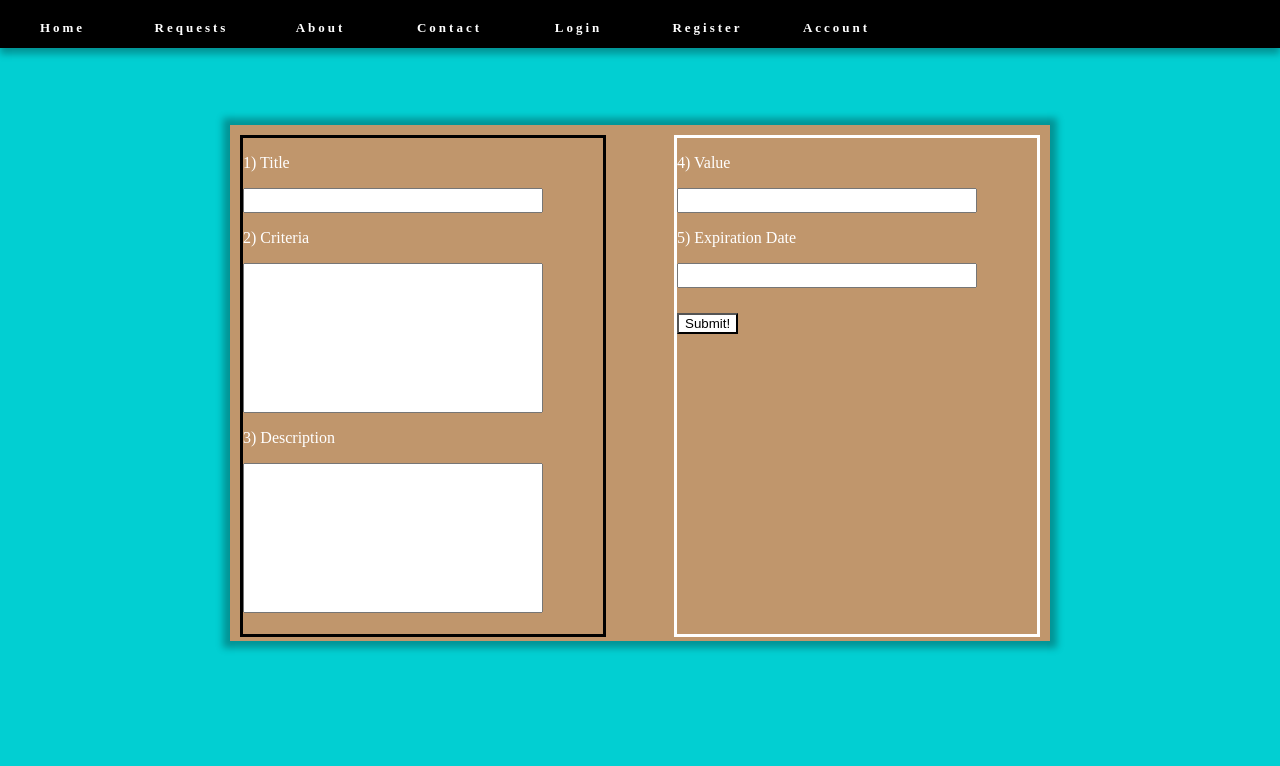
Repository: mailog/Tomorrow
Page: http://localhost/requests
These files come from the project's save history. The page is drawn as it stood at one moment and after the next save; the edit follows.
The browser window is 1280 px wide. The pictures show the whole page.
The page is this project's Thymeleaf template; nobody is signed in. The template is opened directly, without the code that normally fills it, so the values that code supplies are empty.

Above is the page before, as saved 2017-07-30 05:05:26.

After the next save:
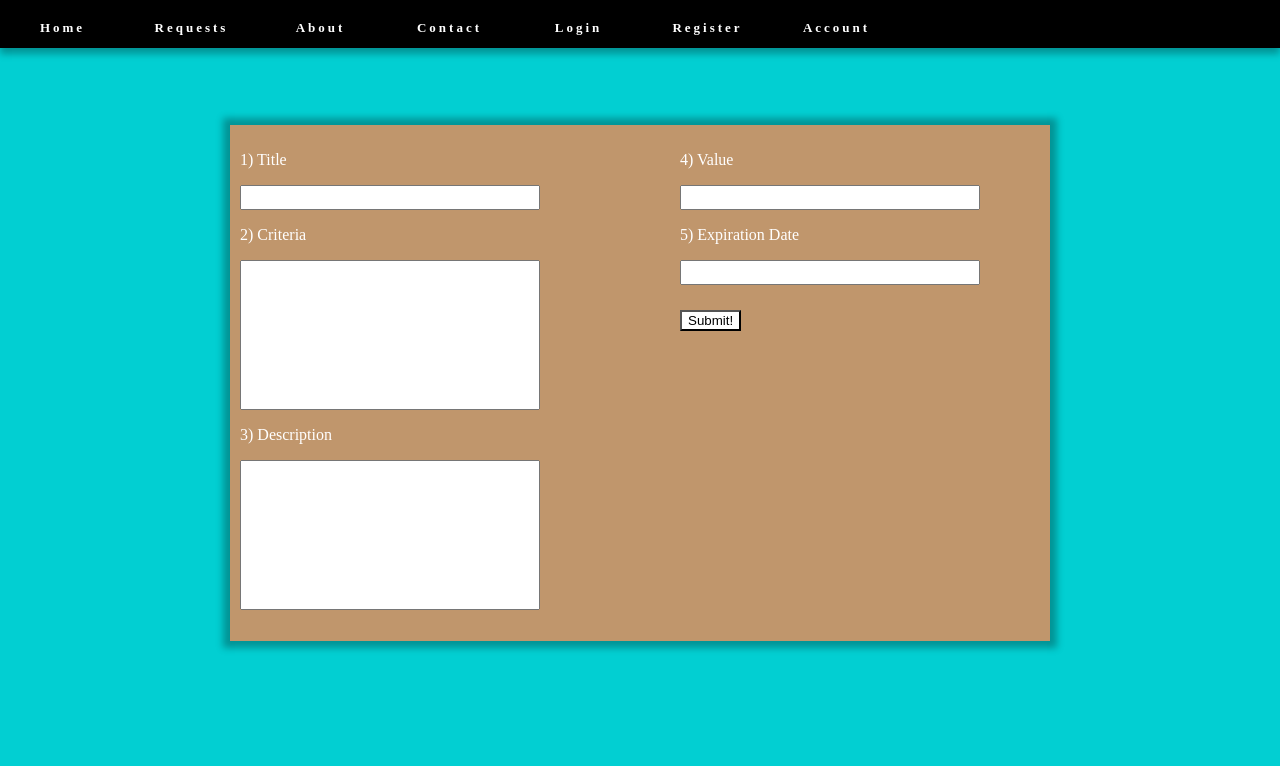
Saved 15 s later.
--- a/Tomorrow/src/main/resources/static/css/requests.css
+++ b/Tomorrow/src/main/resources/static/css/requests.css
@@ -17,16 +17,12 @@
 	height:100%;
 	width:45%;
 	float:left;
-	border-style:solid;
-	border-color:black;
 }
 #column2
 {
 	height:100%;
 	width:45%;
 	float:right;
-	border-style:solid;
-	border-color:white;
 }
 
 #requests p
